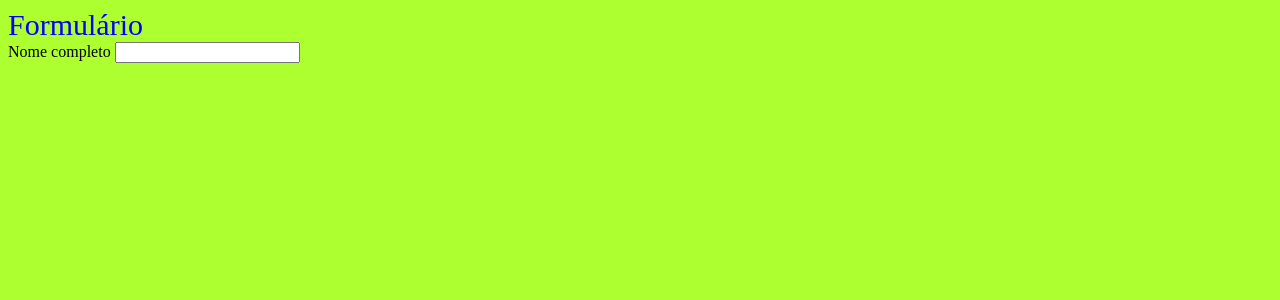
Repository: Vilmar-Freire/ESTUDOS-01-vilmar
Page: workspaces/prof-matheus battisti/matheus-dois.html
The author's editor kept a copy of each file at every save. The page is drawn from the files as they stood at one save, then again after the next save.
The browser window is 1280 px wide. The pictures show the whole page.

Above is the page before, as saved 2026-09-02 16:43:20.

After the next save:
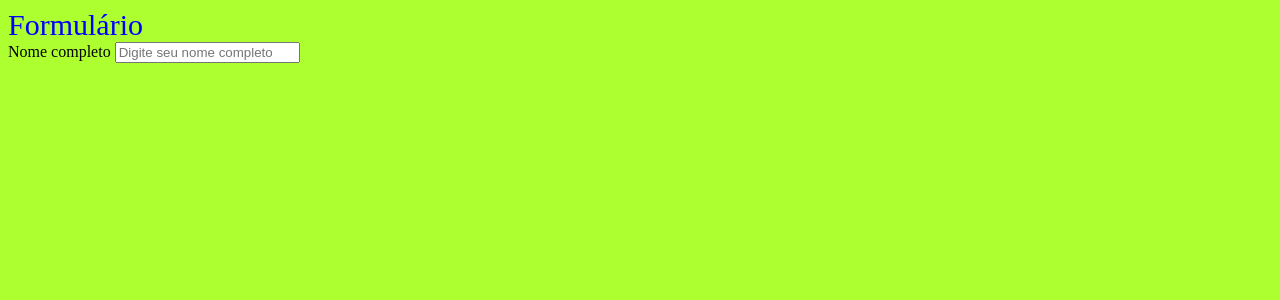
Saved 8 s later.
--- a/workspaces/prof-matheus battisti/matheus-dois.html
+++ b/workspaces/prof-matheus battisti/matheus-dois.html
@@ -19,7 +19,7 @@
         <div class="user-details">
             <div class="input-box">
                 <label for="name">Nome completo</label>
-                <input type="text" id="name" name="name" p>
+                <input type="text" id="name" name="name" placeholder="Digite seu nome completo" required>
             </div>
         </div>
     </div>
